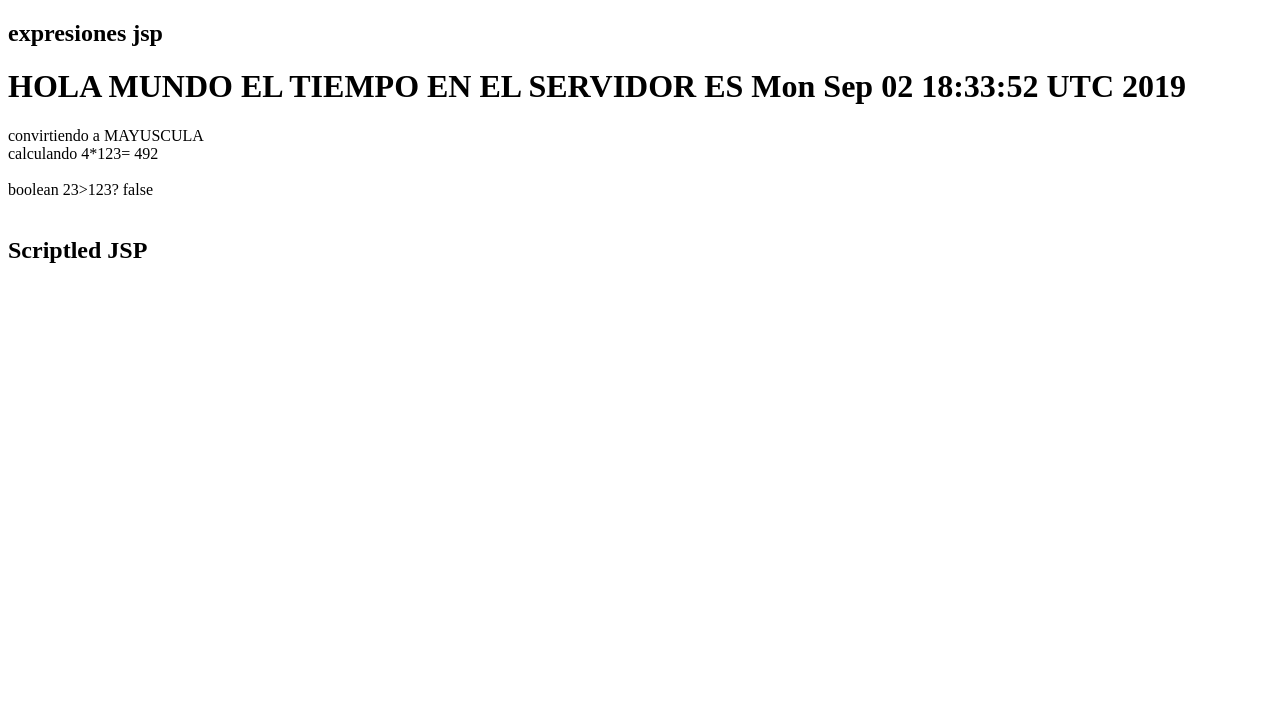
Repository: natyam/jsp-y-servlets
Page: http://localhost/clase1/holamundo.jsp
These files come from the project's save history. The page is drawn as it stood at one moment and after a run of saves; the edit follows.
The browser window is 1280 px wide. The pictures show the whole page.
The page is served by Tomcat 9.

Above is the page before, as saved 2019-09-02 19:06:40.

### clase1/WebContent/holamundo.jsp
<%@ page language="java" contentType="text/html; charset=ISO-8859-1"
    pageEncoding="ISO-8859-1"%>
<!DOCTYPE html>
<html>
<head>
<meta charset="ISO-8859-1">
<title>Insert title here</title>
</head>
<body>
<h2>expresiones jsp</h2>
<h1> HOLA MUNDO EL TIEMPO EN EL SERVIDOR ES <%= new java.util.Date() %></h1>
convirtiendo a <%= new String("mayuscula").toUpperCase() %>
<br>
calculando
4*123= <%= 4*123 %>
<br>
<br>
boolean 23>123? <%= 23>123 %>
<br>
<br>
<h2>Scriptled JSP</h2>
<br>
<br><br>
<br><br>
<br><br>
<br><br>
<br><br>
<br><br>
<br><br>
<br><br>
<br><br>
<br>
</body>
</html>

After the next 2 saves:
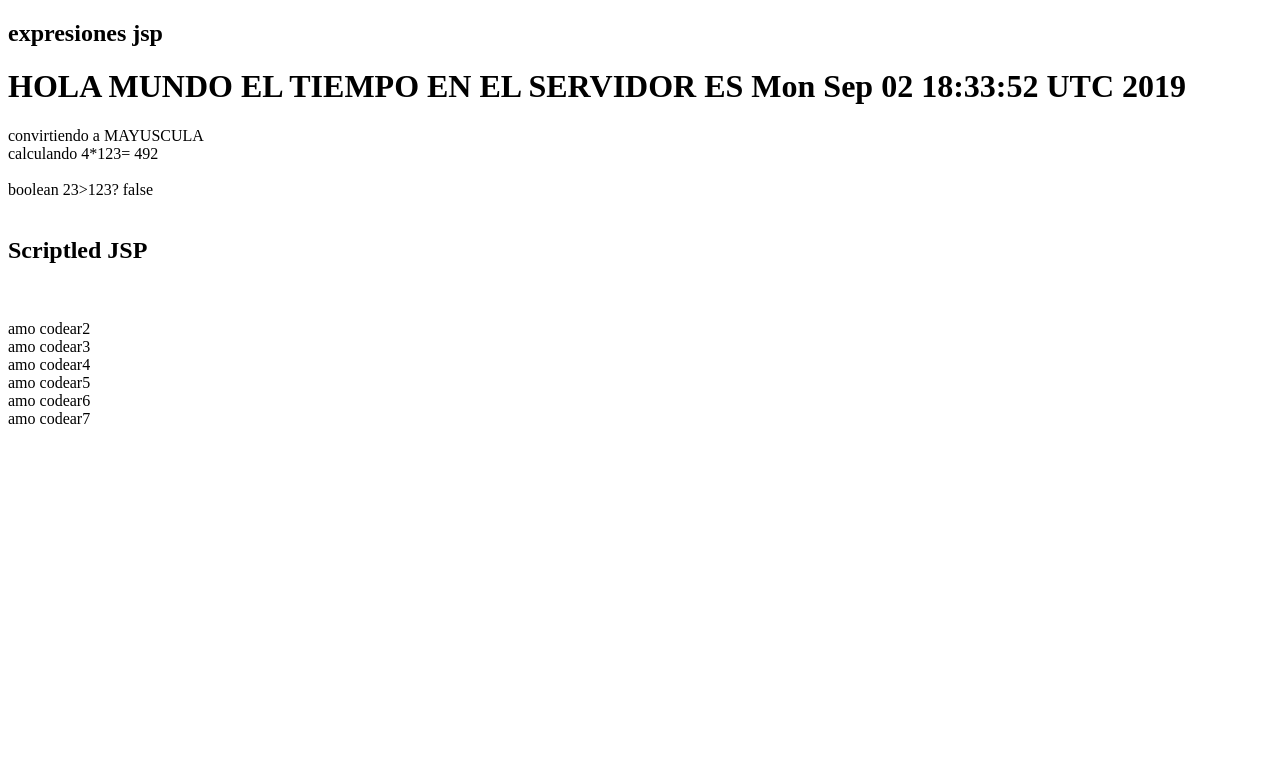
The 2 saves are shown as one change because 1 did not build or start.
The last was saved 4 min 5 s later.
--- a/clase1/WebContent/holamundo.jsp
+++ b/clase1/WebContent/holamundo.jsp
@@ -20,7 +20,13 @@ boolean 23>123? <%= 23>123 %>
 <br>
 <h2>Scriptled JSP</h2>
 <br>
-<br><br>
+<br>
+<% for(int i=1;i<7;i++)
+	{
+	out.println("amo codear"+(i+1)+"<br>");
+	}%>
+
+<br>
 <br><br>
 <br><br>
 <br><br>
